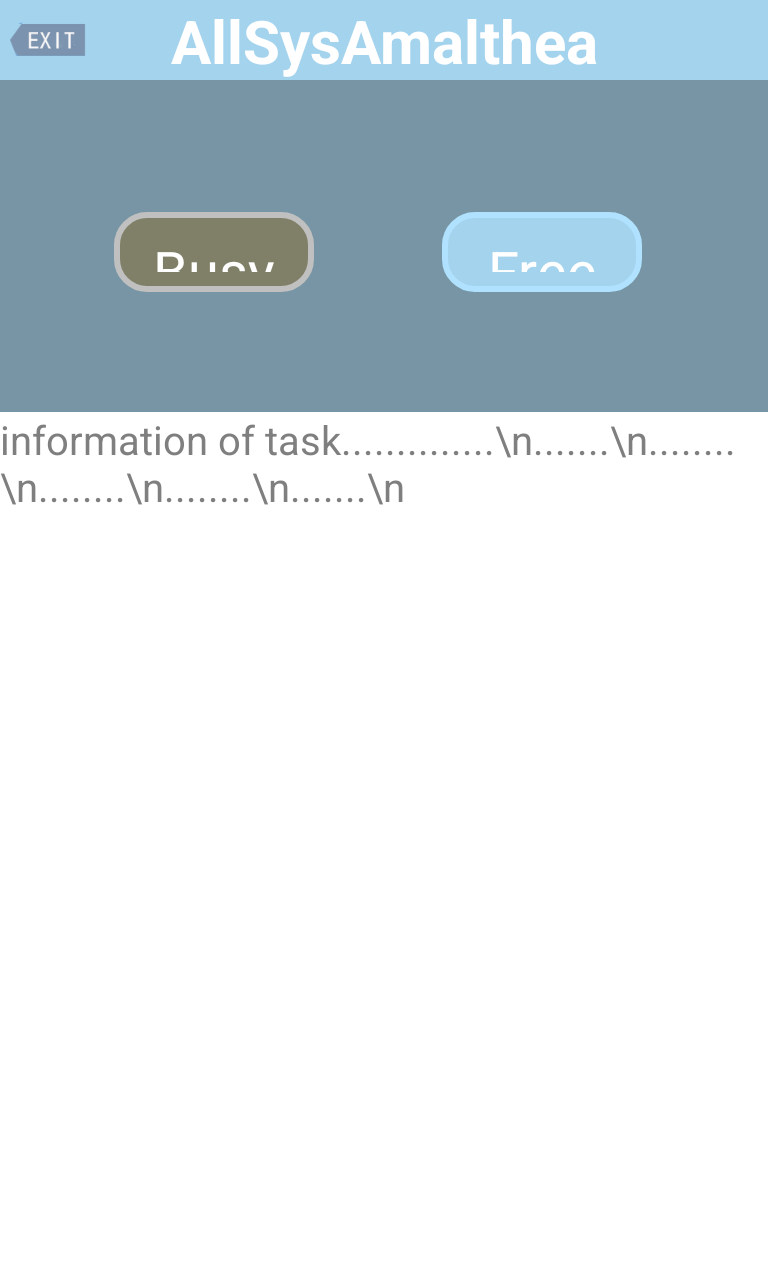
Repository: AllSysAmalthea/AllSys
Layout: APP/AppUI code/代码/Allsys/res/layout/activity_voluteer.xml
An editor plug-in stored every save of this project. The layout is shown before and after the next save, followed by the edit.
It is drawn on a 768 x 1280 px phone screen (xhdpi) without system bars, with theme android:Theme.NoTitleBar; the app's code is not run.

Above is the layout before, as saved 2015-06-08 02:53:50.

### APP/AppUI code/代码/Allsys/res/layout/activity_voluteer.xml
<RelativeLayout xmlns:android="http://schemas.android.com/apk/res/android"
    xmlns:tools="http://schemas.android.com/tools"
    android:layout_width="match_parent"
    android:layout_height="wrap_content"
    android:layout_gravity="center_horizontal"
    android:background="@drawable/back"
    android:gravity="top"
    tools:context=".VoluteerAvtivity" >

    <AbsoluteLayout
        android:id="@+id/linearLayout1"
        android:layout_width="fill_parent"
        android:layout_height="wrap_content"
        android:orientation="horizontal" >

        <TextView
            android:id="@+id/header_text"
            android:layout_width="fill_parent"
            android:layout_height="80px"
            android:layout_x="0px"
            android:layout_y="0px"
            android:background="#A4D3EE"
            android:gravity="center"
            android:singleLine="true"
            android:text="AllSysAmalthea"
            android:textColor="#ffffff"
            android:textSize="30sp"
            android:textStyle="bold" />

        <ImageButton
            android:id="@+id/exit"
            android:layout_width="80px"
            android:layout_height="80px"
            android:layout_x="5dp"
            android:layout_y="4dp"
            android:background="@drawable/exit" />

        <ImageButton
            android:id="@+id/user"
            android:layout_width="100px"
            android:layout_height="100px"
            android:layout_x="502dp"
            android:layout_y="-13dp"
            android:background="@drawable/user" />

    </AbsoluteLayout>

		<TextView
		    android:id="@+id/businesscardsingle_content_abstract"
		    android:layout_width="500dp"
		    android:layout_height="500dp"
		    android:layout_below="@+id/Busy"
		    android:layout_centerHorizontal="true"
		    android:layout_marginTop="60dp"
		    android:background="#ffffff"
		    android:lineSpacingMultiplier="1.0"
		    android:lines="10"
		    android:text="information of task..............\n.......\n........\n........\n........\n.......\n"
		    android:textColor="#7f7f7f"
		    android:textSize="20sp" />

		<Button
		    android:id="@+id/Done"
		    android:layout_width="140px"
		    android:layout_height="80px"
		    android:layout_below="@+id/businesscardsingle_content_abstract"
		    android:layout_centerHorizontal="true"
		    android:layout_marginTop="17dp"
		    android:background="@drawable/shape3"
		    android:text="Done"
		    android:textColor="#ffffff"
		    android:textSize="24sp" />

		<Button
		    android:id="@+id/Busy"
		    android:layout_width="200px"
		    android:layout_height="80px"
		    android:layout_alignParentLeft="true"
		    android:layout_below="@+id/linearLayout1"
		    android:layout_marginLeft="57dp"
		    android:layout_marginTop="62dp"
		    android:background="@drawable/shape"
		    android:text="Busy"
		    android:textColor="#ffffff"
		    android:textSize="28sp" />

		<Button
		    android:id="@+id/Free"
		    android:layout_width="200px"
		    android:layout_height="80px"
		    android:layout_above="@+id/businesscardsingle_content_abstract"
		    android:layout_alignParentRight="true"
		    android:layout_marginRight="63dp"
		    android:background="@drawable/shape3"
		    android:text="Free"
		    android:textColor="#ffffff"
		    android:textSize="28sp" />

</RelativeLayout>

### APP/AppUI code/代码/Allsys/res/drawable-mdpi/shape3.xml
<?xml version="1.0" encoding="utf-8"?>
<shape xmlns:android="http://schemas.android.com/apk/res/android"
    android:shape="rectangle" >

    <!-- 填充的颜色：这里设置背景透明 -->
    <solid android:color="#A4D3EE" />
    <!-- 边框的颜色 ：不能和窗口背景色一样-->
    <stroke
        android:width="3dp"
        android:color="#B0E2FF" />
    <!-- 设置按钮的四个角为弧形 -->
    <!-- android:radius 弧形的半径 -->
    <corners android:radius="15dip" />

    <!-- padding：Button里面的文字与Button边界的间隔 -->
    <padding
        android:bottom="10dp"
        android:left="10dp"
        android:right="10dp"
        android:top="10dp" />

</shape>

### APP/AppUI code/代码/Allsys/res/drawable-mdpi/shape.xml
<?xml version="1.0" encoding="utf-8"?>
<shape xmlns:android="http://schemas.android.com/apk/res/android"
    android:shape="rectangle" >

    <!-- 填充的颜色：这里设置背景透明 -->
    <solid android:color="#808069" />
    <!-- 边框的颜色 ：不能和窗口背景色一样-->
    <stroke
        android:width="3dp"
        android:color="#C0C0C0" />
    <!-- 设置按钮的四个角为弧形 -->
    <!-- android:radius 弧形的半径 -->
    <corners android:radius="15dip" />

    <!-- padding：Button里面的文字与Button边界的间隔 -->
    <padding
        android:bottom="10dp"
        android:left="10dp"
        android:right="10dp"
        android:top="10dp" />

</shape>

After the next save:
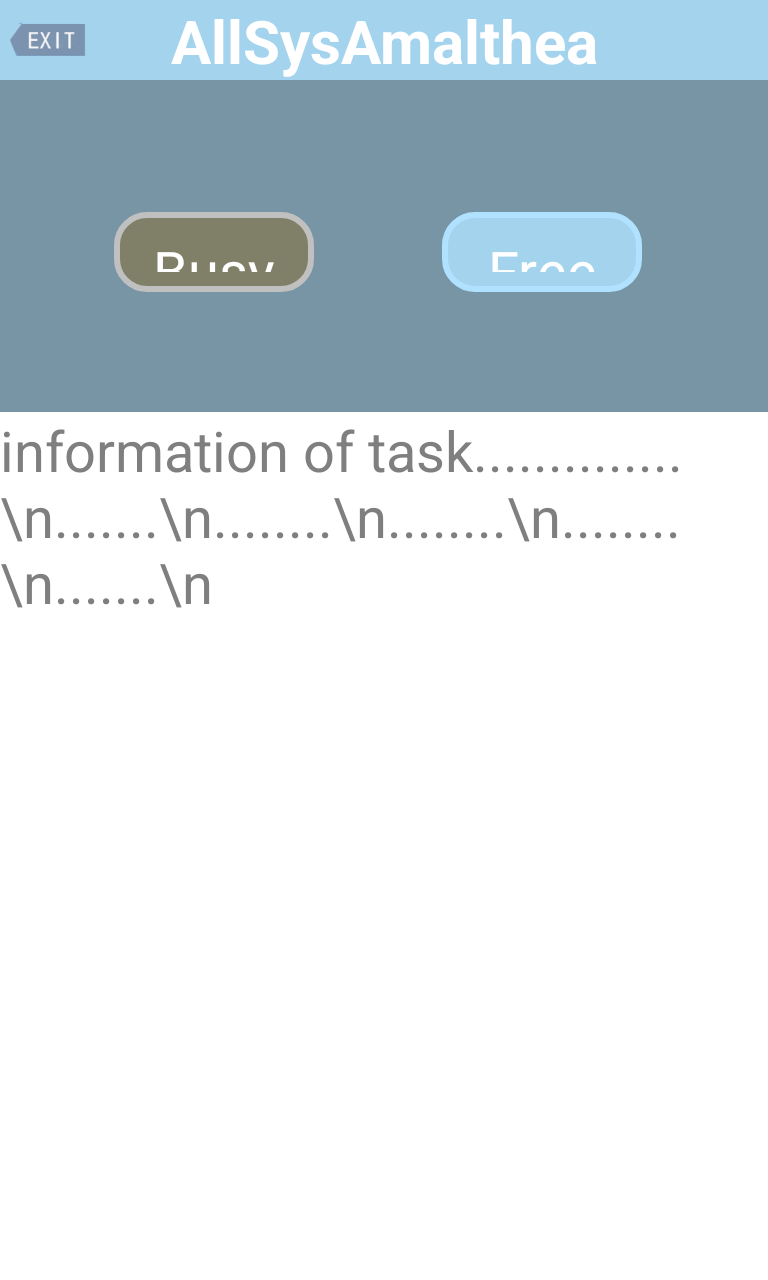
Saved 4 s later.
--- a/APP/AppUI code/代码/Allsys/res/layout/activity_voluteer.xml
+++ b/APP/AppUI code/代码/Allsys/res/layout/activity_voluteer.xml
@@ -57,7 +57,7 @@
 		    android:lines="10"
 		    android:text="information of task..............\n.......\n........\n........\n........\n.......\n"
 		    android:textColor="#7f7f7f"
-		    android:textSize="20sp" />
+		    android:textSize="28sp" />
 
 		<Button
 		    android:id="@+id/Done"
